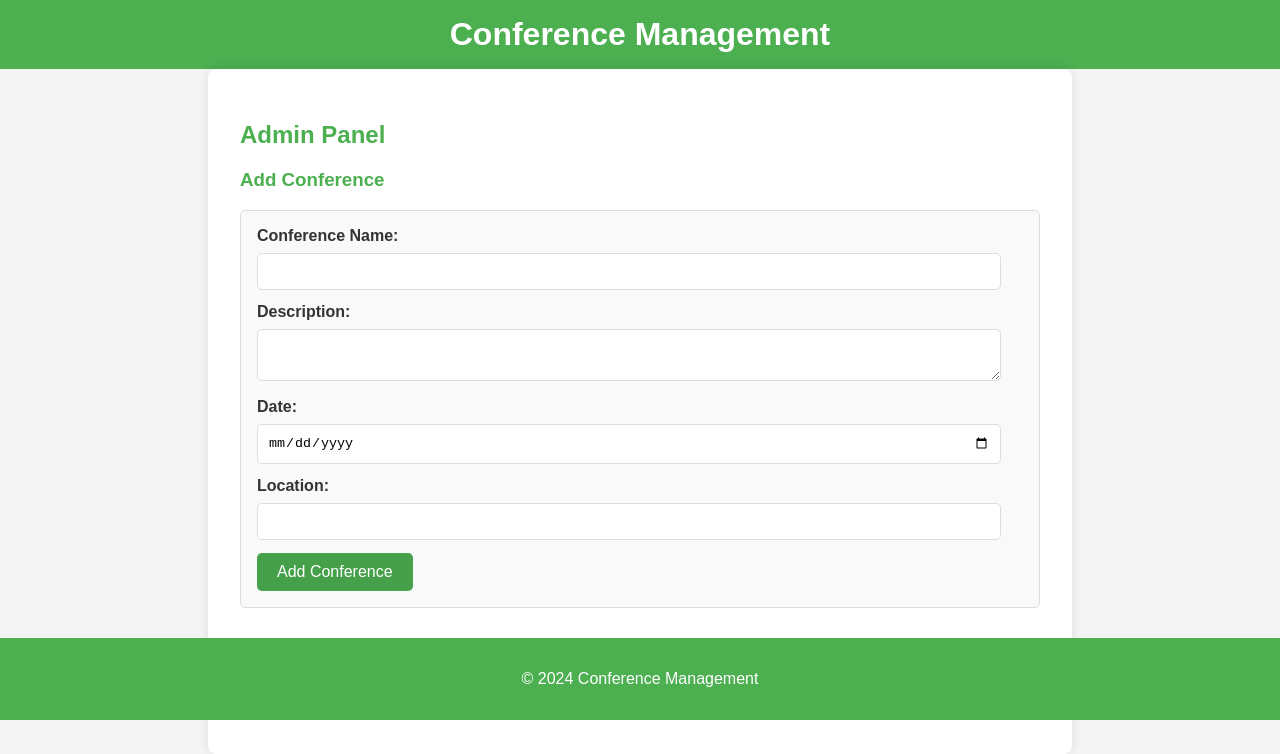
Repository: AMIT1439027/conferenceapp
Page: http://localhost/admin/admin.php
The author's editor kept a copy of each file at every save. The page is drawn from the files as they stood at one save, then again after the next save.
The browser window is 1280 px wide. The pictures show the whole page.
The pointer rests on the first visible `form input[type="submit"]`.
The page is run by PHP 8.4 with error messages shown; the project is at /var/www/html/. Queries for data that is not in the repository find no rows.

Above is the page before, as saved 2024-05-29 15:01:06.

After the next save:
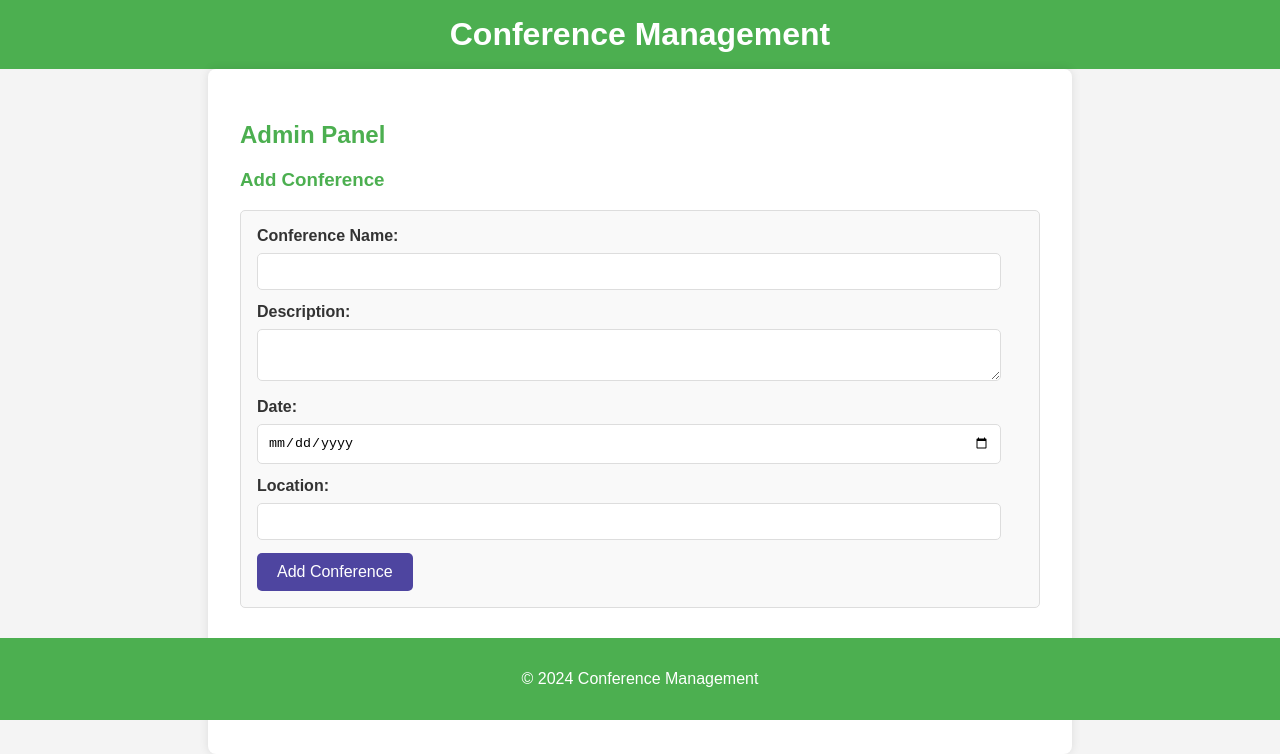
Saved 42 s later.
--- a/admin/styles.css
+++ b/admin/styles.css
@@ -74,7 +74,7 @@ form input[type="submit"] {
 }
 
 form input[type="submit"]:hover {
-    background-color: #45a049;
+    background-color: #4e45a0;
 }
 
 ul {
